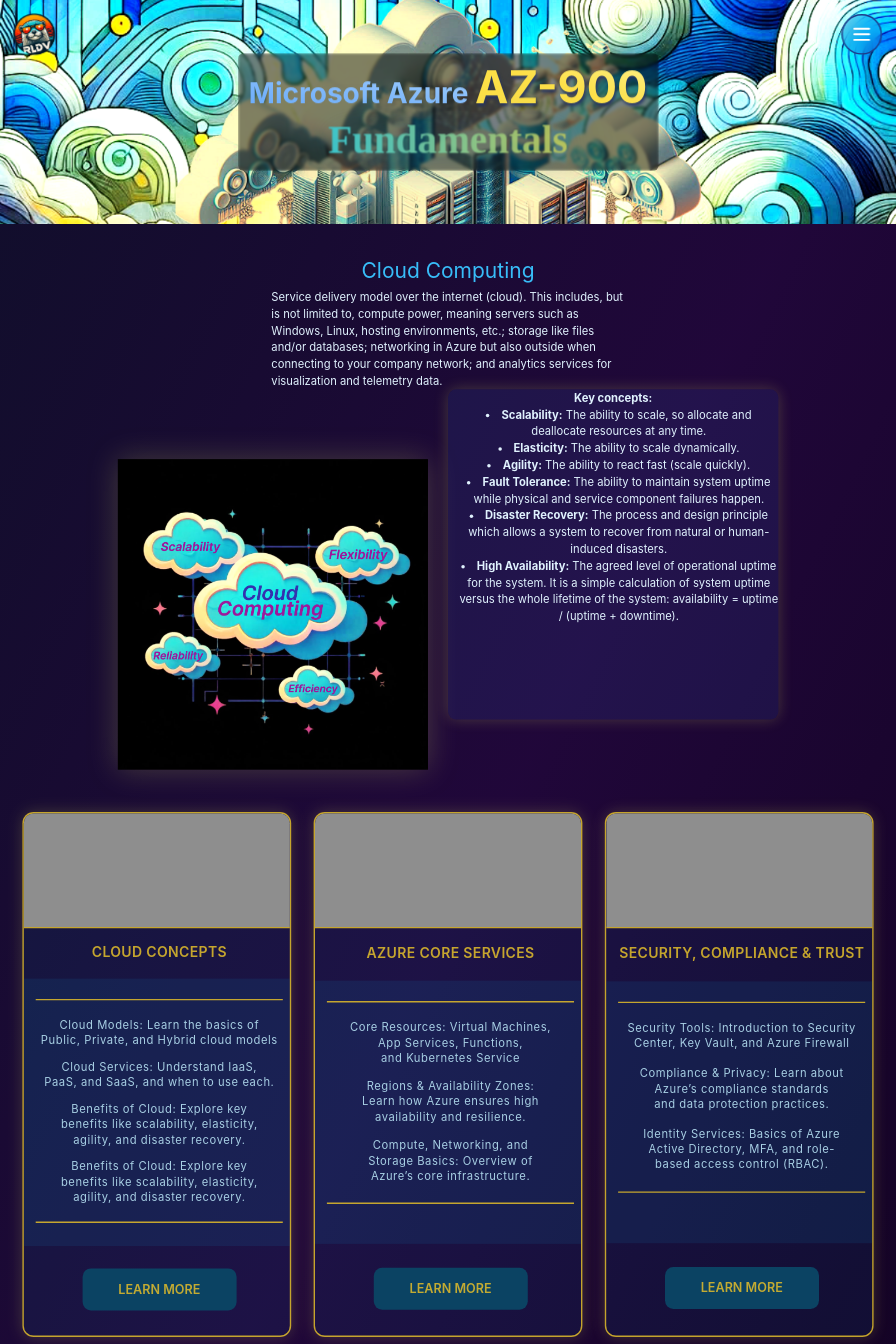
Repository: Freezler/az-900_svelte5
Page: /
An editor plug-in stored every save of this project. The page is shown before and after a run of saves, followed by the edit.
The browser window is 1280 px wide. The pictures show the part of the page from y = 0 to 1920 px (the page is 2638 px tall), at 70% of full size.
Pictures or frames that could not be fetched are drawn as grey boxes. The project was rebuilt for these pictures with package versions that can differ from the ones it lists, and the page was loaded fresh each time. The framework's server and built-in components were replaced by stand-ins that run in the browser. Also part of the build but not shown: vite.config.ts.

Above is the page before, as saved 2024-11-10 10:42:25.

After the next 4 saves:
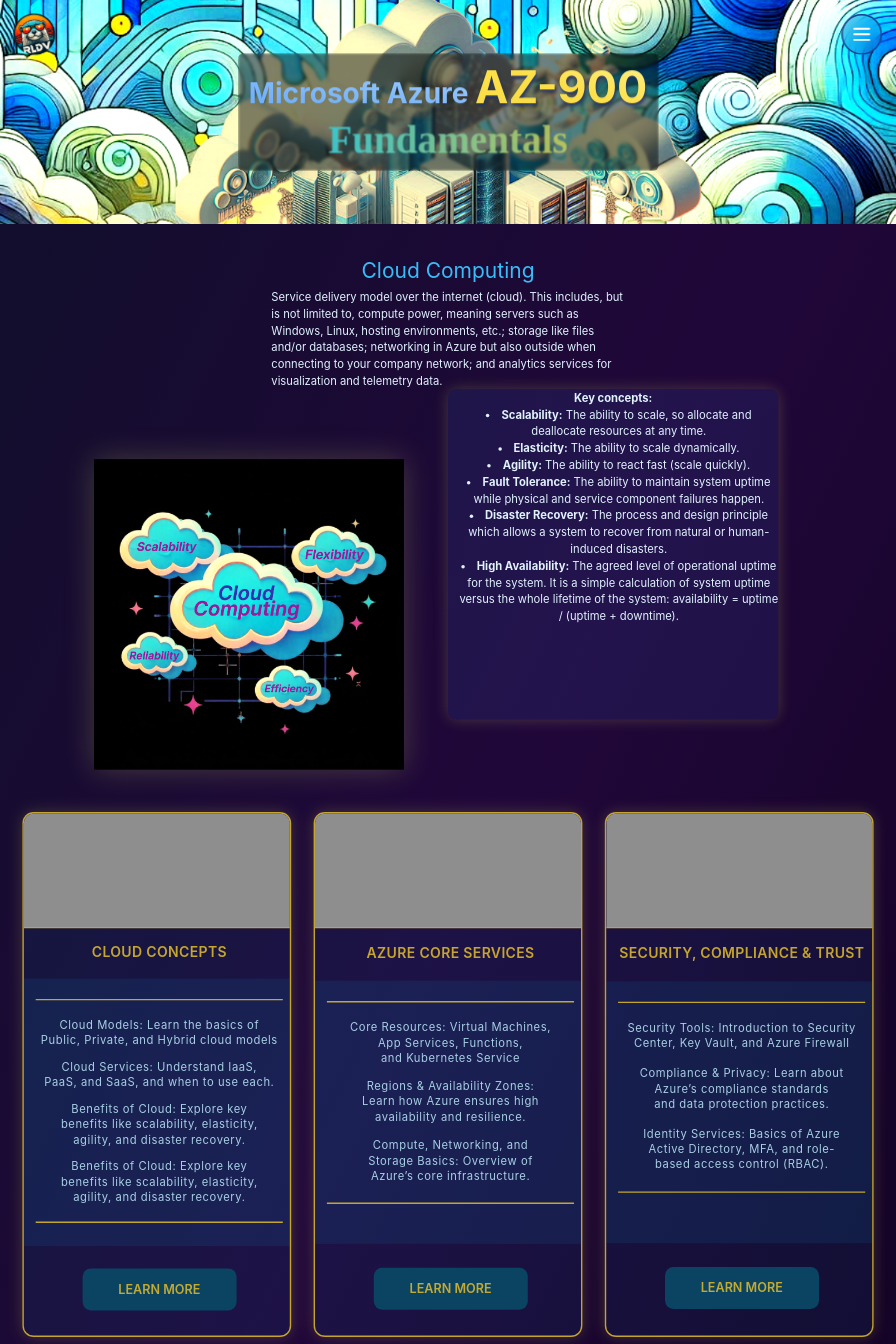
The 4 saves are shown as one change because 1 did not build or start and some came seconds apart.
The last was saved 27 s later.
--- a/src/components/ComputingArticle.svelte
+++ b/src/components/ComputingArticle.svelte
@@ -14,7 +14,7 @@
 		alt="cloudSolutions"
 		loading="lazy"
 
-		class=" text-sky-100 drop-shadow-[0_0px_22px_rgba(255,255,99,0.2)] w-[572px] place-self-end"
+		class=" text-sky-100 drop-shadow-[0_0px_22px_rgba(255,255,99,0.2)] w-[572px] place-self-center"
 	/>
 	<article
 		class=" bg-blue-500/10  text-sky-100 w-[472px] h-[472px] place-self-start rounded-xl shadow-[0_0px_22px_rgba(255,255,99,0.2)]"
